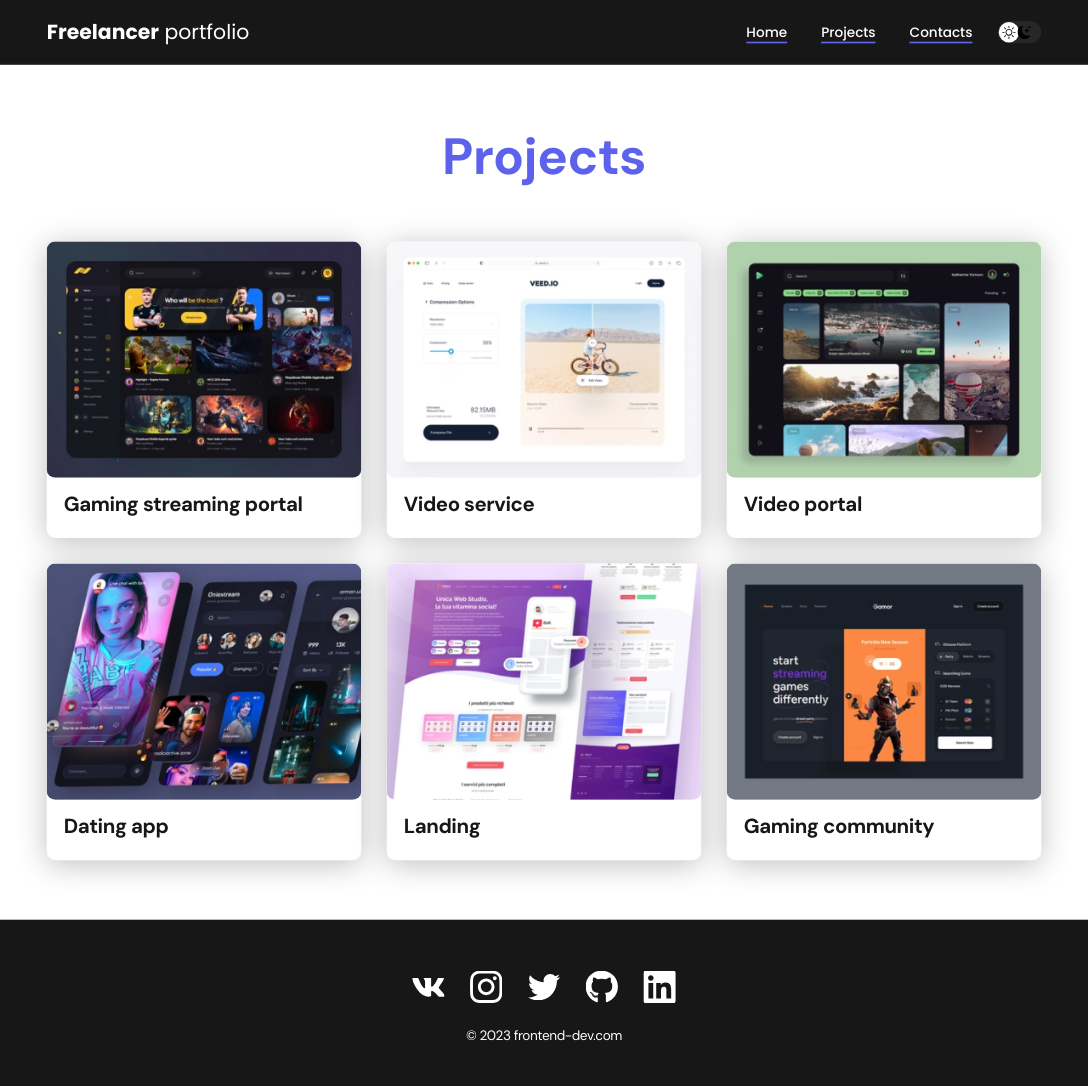
Repository: Azimich/profile
Page: /
These files come from the project's save history. The page is drawn as it stood at one moment and after the next save; the edit follows.
The browser window is 1280 px wide. The pictures show the whole page, at 85% of full size.
The project was rebuilt for these pictures with package versions that can differ from the ones it lists, and the page was loaded fresh each time.

Above is the page before, as saved 2023-01-30 18:31:36.

### src/App.tsx

import React from 'react';
import Footer from './components/footer/Footer';

import Navbar from './components/navbar/Navbar';
import Contacts from './pages/Contacts';
import Home from './pages/Home';
import Projects from './pages/Projects';
import './styles/main.css';


function App() {
  return (
    <div className="App">
      <Navbar />
      {/* <Home /> */}
      <Projects />
      {/* <Contacts /> */}
      <Footer/>
    </div>
  );
}

export default App;

### src/components/footer/Footer.tsx
import React, { FC } from 'react'

import "./Footer.css";
import { IFooterData } from './MockData';

export interface IFooter {
  id?: number;
  title?: string;
  img?: string;
}

const Footer: FC<IFooter> = () => {
  return (
    <footer className="footer">
      <div className="container">
        <div className="footer__wrapper">
          <ul className="social">
            {IFooterData.map((item) => {
              return (
                <li key={item.id} className="social__item">
                  <a href="#!">
                    <img src={item.img} alt={item.title} />
                  </a>
                </li>
              );
            })}
          </ul>
          <div className="copyright">
            <p>© 2023 frontend-dev.com</p>
          </div>
        </div>
      </div>
    </footer>
  );
};

export default Footer

### src/components/navbar/Navbar.tsx
import React, { FC } from 'react'

import { INavData } from './Mockdata';
import "./Navbar.css";


export interface INavbar {
  id?: number;
  img?: string;
  title?: string;
  link?: string;
  name?: string;
}

const Navbar: FC<INavbar> = () => {
  return (
    <nav className="nav">
      <div className="container">
        <div className="nav-row">
          <a href="./index.html" className="logo">
            <strong>Freelancer</strong> portfolio
          </a>
          <button className="dark-mode-btn">
            {INavData.map((items) => {
              return (
                <img
                  src={items.img}
                  alt={items.name}
                  key={items.id}
                  className="dark-mode-btn__icon"
                />
              );
            })}
          </button>

          <ul className="nav-list">
            {INavData.map(links => {
              return (
                <li key={links.id} className="nav-list__item">
                  <a href="./index.html" className="nav-list__link nav-list__link--active">
                    {links.title}
                  </a>
                </li>
              );
            })}
          </ul>
        </div>
      </div>
    </nav>
  );
};

export default Navbar;

### src/pages/Projects.tsx
import React, { FC } from 'react';
import MainProjects from '../components/mainProjects/MainProjects';


const Projects:FC = () => {
  return <MainProjects />
}

export default Projects

### src/styles/main.css
@import './reset.css';
@import url('https://fonts.googleapis.com/css2?family=DM+Sans:wght@400;500;700&family=Poppins:wght@400;500;700&display=swap');

:root {
	/* Colors */
	--blackpure: #000;
	--black: #171718;
	--black-border: #26292d;
	--white: #fff;
	--purple: #5c62ec;

	/* Nav */
	--nav-bg: var(--black);
	--nav-border: var(--black-border);
	--nav-text: var(--white);

	/* Header */
	--header-bg: var(--black);
	--header-text: var(--white);

	/* Footer */
	--footer-bg: var(--black);
	--footer-text: var(--white);

	/* Light mode */
	--page-bg: var(--white);
	--text-color: var(--black);
	--accent: var(--purple);
	--title-1: var(--accent);

	--project-card-bg: var(--white);
	--project-card-text: var(--black);
	--box-shadow: 0px 5px 35px rgba(0, 0, 0, 0.25);
}

.dark {
	/* Dark mode */
	--page-bg: #252526;
	--text-color: var(--white);

	--title-1: var(--white);

	--project-card-bg: var(--black);
	--project-card-text: var(--white);
	--box-shadow: 0px 5px 35px rgba(0, 0, 0, 0.8);
}

html,
body {

	min-height: 100vh;
	font-family: 'DM Sans', sans-serif;
	letter-spacing: -0.5px;

	/* Light mode */
	background-color: var(--page-bg);
	color: var(--text-color);
}

.App {
	min-height: 100vh;
	display: flex;
	flex-direction: column;
}

#root {
	min-height: 100vh;
}

/* General */

.container {
	margin: 0 auto;
	padding: 0 15px;
	max-width: 1200px;
}

.none {
	display: none !important;
}

.section {
	padding: 70px 0;
}

.title-1 {
	margin-bottom: 60px;

	font-size: 60px;
	font-weight: 700;
	line-height: 1.3;
	color: var(--title-1);
	text-align: center;
}

.title-2 {
	margin-bottom: 20px;

	font-size: 40px;
	font-weight: 700;
	line-height: 1.3;
}

/* Project details */

.project-details {
	margin: 0 auto;
	max-width: 865px;

	display: flex;
	flex-direction: column;
	align-items: center;

	text-align: center;
}

.project-details__cover {
	max-width: 100%;
	margin-bottom: 40px;

	box-shadow: var(--box-shadow);
	border-radius: 10px;
}

.project-details__desc {
	margin-bottom: 30px;

	font-weight: 700;
	font-size: 24px;
	line-height: 1.3;
}

@media (max-width: 620px) {
	/* Header  */

	.header {
		min-height: unset;
	}

	.header__title {
		font-size: 30px;
	}

	.header__title strong {
		font-size: 40px;
	}

	/* Nav */

	.nav-row {
		justify-content: space-between;
	}

	.dark-mode-btn {
		order: 0;
	}

	/* General */

	.section {
		padding: 40px 0;
	}

	.title-1 {
		margin-bottom: 30px;
		font-size: 40px;
	}

	.title-2 {
		margin-bottom: 10px;
		font-size: 30px;
	}

	/* Projects */

	.project__title {
		font-size: 22px;
	}

	/* Project page */

	.project-details__desc {
		margin-bottom: 20px;
		font-size: 22px;
	}

	/* Content List */

	.content-list {
		row-gap: 20px;
	}

	.content-list__item {
		font-size: 16px;
	}

	/* Footer */

	.footer {
		padding: 40px 0 30px;
	}

	.footer__wrapper {
		row-gap: 20px;
	}

	/* Social */

	.social {
		column-gap: 20px;
	}

	.social__item {
		width: 28px;
	}
}

### src/components/footer/Footer.css
/* Footer */

.footer {
  margin-top: auto;
  padding: 60px 0 50px;
  background-color: var(--footer-bg);
  color: var(--footer-text);
}

.footer__wrapper {
  display: flex;
  flex-direction: column;
  align-items: center;
  row-gap: 27px;
}

.social {
  display: flex;
  column-gap: 30px;
  align-items: center;
}

.copyright {
  font-size: 16px;
}

.copyright p+p {
  margin-top: 0.5em;
}

### src/components/footer/MockData.ts
import { IFooter } from "./Footer";

import vk from "../../assets/icons/vk.svg";
import instagram from "../../assets/icons/instagram.svg";
import twitter from "../../assets/icons/twitter.svg";
import gitHub from "../../assets/icons/gitHub.svg";
import linkedIn from "../../assets/icons/linkedIn.svg";

export const IFooterData: IFooter[] = [
  {
    id: 1,
    title: "vk",
    img: vk,
  },
  {
    id: 2,
    title: "instagram",
    img: instagram,
  },
  {
    id: 3,
    title: "twitter",
    img: twitter,
  },
  {
    id: 4,
    title: "gitHub",
    img: gitHub,
  },
  {
    id: 5,
    title: "linkedIn",
    img: linkedIn,
  },
]

### src/components/navbar/Mockdata.ts
import { INavbar } from "./Navbar";
import sun from "../../assets/icons/sun.svg";
import moon from "../../assets/icons/moon.svg";


export const INavData: INavbar[] = [
  {
    id: 1,
    name: "sun",
    img: sun,
  },
  {
    id: 2,
    name: "moon",
    img: moon,
  },
  {
    id: 3,
    title: "Home",
    link: "/",
  },
  {
    id: 4,
    title: "Projects",
    link: "/",
  },
  {
    id: 5,
    title: "Contacts",
    link: "/",
  }
]

### src/components/navbar/Navbar.css
/* Nav */

.nav {
  padding: 20px 0;
  background-color: var(--nav-bg);
  border-bottom: 1px solid var(--nav-border);
  color: var(--nav-text);
  letter-spacing: normal;
}

.nav-row {
  display: flex;
  justify-content: flex-end;
  align-items: center;
  column-gap: 30px;
  row-gap: 20px;
  flex-wrap: wrap;
}

.logo {
  margin-right: auto;
  color: var(--nav-text);
  font-size: 24px;
  font-family: 'Poppins', sans-serif;
}

.logo strong {
  font-weight: 700;
}

.nav-list {
  display: flex;
  flex-wrap: wrap;
  row-gap: 10px;
  align-items: center;
  column-gap: 40px;
  font-size: 16px;
  font-weight: 500;
  font-family: 'Poppins', sans-serif;
}

.nav-list__link {
  color: var(--nav-text);
  transition: opacity 0.2s ease-in;
}

.nav-list__link:hover {
  opacity: 0.8;
}

.nav-list__link--active {
  position: relative;
}

.nav-list__link--active::before {
  content: '';

  position: absolute;
  left: 0;
  top: 100%;

  display: block;
  height: 2px;
  width: 100%;
  background-color: var(--accent);
}

/* Dark mode btn */

.dark-mode-btn {
  order: 9;
  position: relative;
  display: flex;
  justify-content: space-between;
  width: 51px;
  height: 26px;
  padding: 5px;
  border-radius: 50px;
  background-color: #272727;
}

.dark-mode-btn::before {
  content: '';
  position: absolute;
  top: 1px;
  left: 1px;
  display: block;
  width: 24px;
  height: 24px;
  border-radius: 50%;
  background-color: #fff;
  transition: left 0.2s ease-in;
}

.dark-mode-btn--active::before {
  left: 26px;
}

.dark-mode-btn__icon {
  position: relative;
  z-index: 9;
}

### src/components/mainProjects/MainProjects.tsx
import React, { FC } from 'react'

import './MainProjects.css';
import { IMainProjectsData } from './MockData';

export interface IMainProjects {
  id?: number;
  title?: string;
  img?: string;
  imgBig?: string;
}

const MainProjects: FC<IMainProjects> = () => {
  return (
    <main className="section">
      <div className="container">
        <h2 className="title-1">Projects</h2>
        <ul className="projects">
          {IMainProjectsData.map(items => {
            return (
              <li key={items.id} className="project">
                <a href="./project-page.html">
                  <img src={items.img} alt={items.title} className="project__img" />
                  <h3 className="project__title">{items.title}</h3>
                </a>
              </li>
            );
          })}
        </ul>
      </div>
    </main>
  );
};

export default MainProjects;

### src/components/mainProjects/MainProjects.css
/* Projects  */

.projects {
  display: flex;
  justify-content: center;
  flex-wrap: wrap;
  column-gap: 30px;
  row-gap: 30px;
}

.project {
  max-width: 370px;
  background-color: var(--project-card-bg);
  box-shadow: var(--box-shadow);
  border-radius: 10px;
}

.project__img {
  border-radius: 10px;
}

.project__title {
  padding: 15px 20px 25px;
  font-weight: 700;
  font-size: 24px;
  line-height: 1.3;
  color: var(--project-card-text);
}

### src/components/mainProjects/MockData.ts
import { IMainProjects } from "./MainProjects";

import img1 from "../../assets/projects/01.jpg";
import img2 from "../../assets/projects/02.jpg";
import img3 from "../../assets/projects/03.jpg";
import img4 from "../../assets/projects/04.jpg";
import img5 from "../../assets/projects/05.jpg";
import img6 from "../../assets/projects/06.jpg";

import imgBig1 from "../../assets/projects/01-big.jpg";
import imgBig2 from "../../assets/projects/02-big.jpg";
import imgBig3 from "../../assets/projects/03-big.jpg";
import imgBig4 from "../../assets/projects/04-big.jpg";
import imgBig5 from "../../assets/projects/05-big.jpg";
import imgBig6 from "../../assets/projects/06-big.jpg";


export const IMainProjectsData: IMainProjects[] = [
  {
    id: 1,
    title: "Gaming streaming portal",
    img: img1,
    imgBig: imgBig1,
  },
  {
    id: 2,
    title: "Video service",
    img: img2,
    imgBig: imgBig2,
  },
  {
    id: 3,
    title: "Video portal",
    img: img3,
    imgBig: imgBig3,
  },
  {
    id: 4,
    title: "Dating app",
    img: img4,
    imgBig: imgBig4,
  },
  {
    id: 5,
    title: "Landing",
    img: img5,
    imgBig: imgBig5,
  },
  {
    id: 6,
    title: "Gaming community",
    img: img6,
    imgBig: imgBig6,
  },
]

Loaded but not shown: public/index.html (common file); src/index.tsx (common file); src/styles/reset.css (common file)

After the next save:
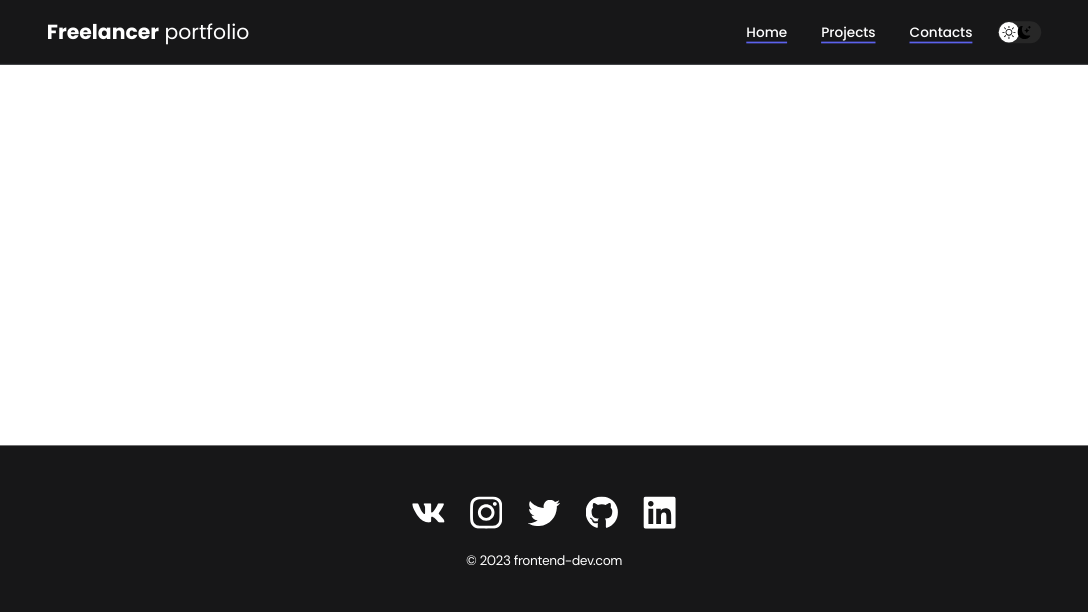
Saved 19 s later.
--- a/src/App.tsx
+++ b/src/App.tsx
@@ -14,7 +14,7 @@
     <div className="App">
       <Navbar />
       {/* <Home /> */}
-      <Projects />
+      {/* <Projects /> */}
       {/* <Contacts /> */}
       <Footer/>
     </div>
